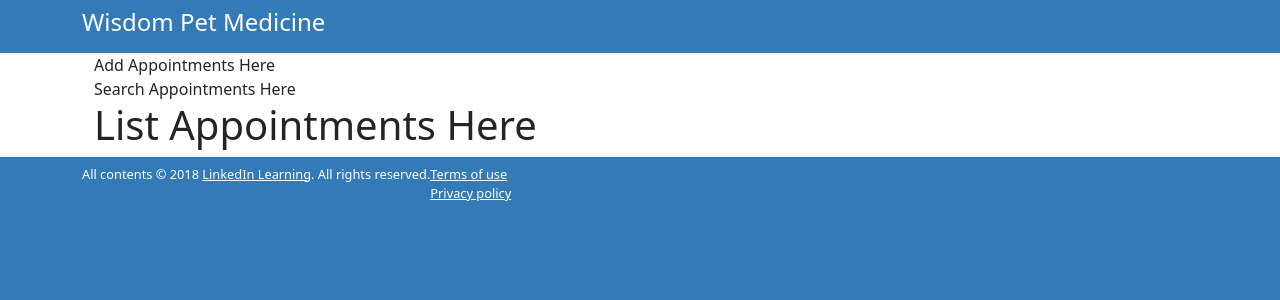
Repository: DevLuDaley/reactinterface
Page: /
An editor plug-in stored every save of this project. The page is shown before and after the next save, followed by the edit.
The browser window is 1280 px wide. The pictures show the whole page.
The project was rebuilt for these pictures with package versions that can differ from the ones it lists, and the page was loaded fresh each time. Also part of the build but not shown: src/css/App.css.

Above is the page before, as saved 2021-02-04 16:15:36.

### public/index.html
<!DOCTYPE html>
<html lang="en">
  <head>
    <meta charset="utf-8" />
    <link rel="icon" href="%PUBLIC_URL%/favicon.ico" />
    <meta name="viewport" content="width=device-width, initial-scale=1" />
    <meta name="theme-color" content="#000000" />
    <meta
      name="description"
      content="Web site created using create-react-app"
    />
    <link rel="apple-touch-icon" href="%PUBLIC_URL%/logo192.png" />
    <!--
      manifest.json provides metadata used when your web app is installed on a
      user's mobile device or desktop. See https://developers.google.com/web/fundamentals/web-app-manifest/
    -->
    <link rel="manifest" href="%PUBLIC_URL%/manifest.json" />
    <!--
      Notice the use of %PUBLIC_URL% in the tags above.
      It will be replaced with the URL of the `public` folder during the build.
      Only files inside the `public` folder can be referenced from the HTML.

      Unlike "/favicon.ico" or "favicon.ico", "%PUBLIC_URL%/favicon.ico" will
      work correctly both with client-side routing and a non-root public URL.
      Learn how to configure a non-root public URL by running `npm run build`.
    -->
    <title>React App</title>
  </head>
  <body>
    <noscript>You need to enable JavaScript to run this app.</noscript>
    <header class="container text-white">
      <h4 class="py-2">Wisdom Pet Medicine</h4>
    </header>

    <div id="root"></div>

    <footer class="container d-flex text-white py-2">
      <p>
        All contents &copy; 2018
        <a href="https://www.linkedin.com/learning">LinkedIn Learning</a>. All
        rights reserved.
      </p>
      <div class="ml-auto">
        <a class="d-block text-white" href="#">Terms of use</a>
        <a class="d-block text-white" href="#">Privacy policy</a>
      </div>
      <!-- col-md-6 -->
    </footer>
    <!-- footer -->
  </body>
</html>

### src/index.js
import React from 'react';
import ReactDOM from 'react-dom';
import 'bootstrap/dist/css/bootstrap.css'
import './css/index.css';
import App from './components/App';
import reportWebVitals from './reportWebVitals';
// import * as serviceWorker from './serviceWorker';
import 'jquery/dist/jquery'
import 'popper.js/dist/umd/popper'
import 'bootstrap/dist/js/bootstrap'

ReactDOM.render(
  <React.StrictMode>
    <App />
  </React.StrictMode>,
  document.getElementById('root')
);

// If you want to start measuring performance in your app, pass a function
// to log results (for example: reportWebVitals(console.log))
// or send to an analytics endpoint. Learn more: https://bit.ly/CRA-vitals
// serviceWorker.unregister()
reportWebVitals();

### src/components/App.js
import '../css/App.css';
import AddAppointments from './AddAppointments';
import SearchAppointments from './SearchAppointments';
import ListAppointments from './ListAppointments';

function App() {
  return (
    // <div className="App">
            <main className="page bg-white" id="petratings">
        <div className="container">
          <div className="row">
            <div className="col-md-12 bg-white">
              <div className="container">
                <div> <AddAppointments /> </div>
                <div> <SearchAppointments /> </div>
                <div> <ListAppointments /> </div>
              </div>
            </div>
          </div>
        </div>
      </main>
    // </div>
  );
}

export default App;

### src/components/AddAppointments.js
import React, { Component } from 'react'

class AddAppointments extends Component {
    constructor(props) {
        super(props);
        this.state = {  }
    }
    render() {
        return (
            <div>
                Add Appointments Here
            </div>
         );
    }
}

export default AddAppointments;

### src/components/SearchAppointments.js
import React, { Component } from 'react'
class SearchAppointments extends Component {
    constructor(props) {
        super(props);
        this.state = {  }
    }
    render() {
        return (
        <div>
            Search Appointments Here
        </div>
        );
    }
}

export default SearchAppointments;

### src/components/ListAppointments.js
import React, { Component } from 'react'

class ListAppointments extends Component {
    constructor(props) {
        super(props);
        this.state = {  }
    }
    render() {
        return (
        <div>
            <h1>List Appointments Here</h1>
        </div>
        );
    }
}

export default ListAppointments;

Loaded but not shown: src/css/index.css (common file); src/reportWebVitals.js (common file)

After the next save:
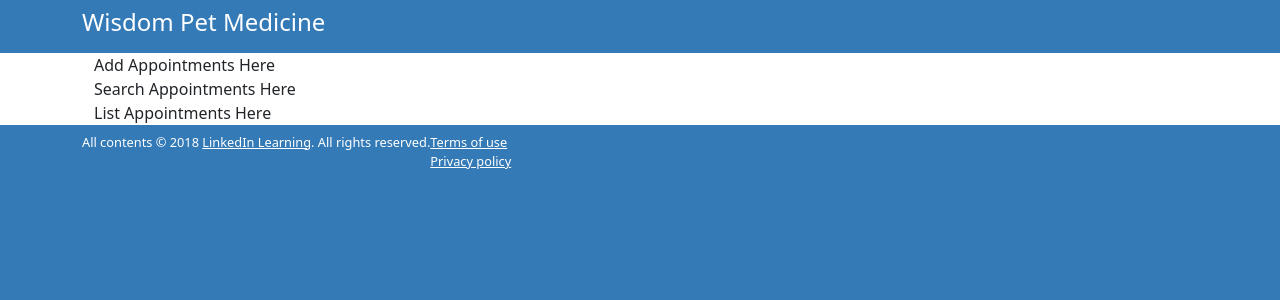
Saved 15 s later.
--- a/src/components/ListAppointments.js
+++ b/src/components/ListAppointments.js
@@ -8,7 +8,7 @@ class ListAppointments extends Component {
     render() {
         return (
         <div>
-            <h1>List Appointments Here</h1>
+            List Appointments Here
         </div>
         );
     }
